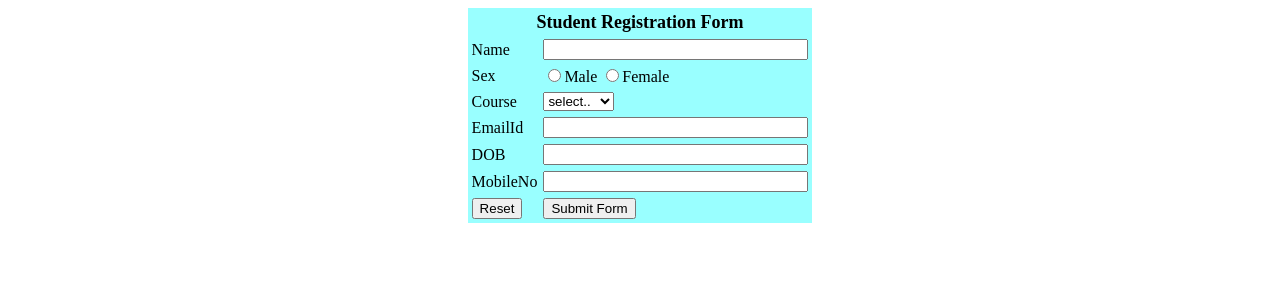
Repository: pradeep2793/DemoRepo
Page: http://localhost/GoogleLogin/WEB-INF/views/index.jsp
The author's editor kept a copy of each file at every save. The page is drawn from the files as they stood at one save, then again after the next save.
The browser window is 1280 px wide. The pictures show the whole page.
The page is served by Tomcat 9. Nobody is signed in. Other server files are loaded and not shown. The template is opened directly, without the code that normally fills it, so the values that code supplies are empty.

Above is the page before, as saved 2021-02-24 14:00:53.

### GoogleCaptcha/GoogleLogin/src/main/webapp/WEB-INF/views/index.jsp
<%@ page trimDirectiveWhitespaces="true"%>
<%@ taglib prefix="c" uri="http://java.sun.com/jsp/jstl/core"%>
<%@ taglib prefix="form" uri="http://www.springframework.org/tags/form"%>
<%@ page isELIgnored="false"%>

<html>
<title>Add Stduent</title>
<body>
	<form action="save-form" method="post">
		<table cellpadding="2" width="20%" bgcolor="99FFFF" align="center"
			cellspacing="2">

			<tr>
				<td colspan=2>
					<center>
						<font size=4><b>Student Registration Form</b></font>
					</center>
				</td>
			</tr>

			<tr>
				<td>Name</td>
				<td><input type=text name=textnames id="textname" size="30"></td>
			</tr>

			<tr>
				<td>Sex</td>
				<td><input type="radio" name="sex" value="male" size="10">Male
					<input type="radio" name="sex" value="Female" size="10">Female</td>
			</tr>

			<tr>
				<td>Course</td>
				<td><select name="Course">
						<option value="-1" selected>select..</option>
						<option value="B.Tech">B.TECH</option>
						<option value="MCA">MCA</option>
						<option value="MBA">MBA</option>
						<option value="BCA">BCA</option>
				</select></td>
			</tr>

			<tr>
				<td>EmailId</td>
				<td><input type="text" name="emailid" id="emailid" size="30"></td>
			</tr>

			<tr>
				<td>DOB</td>
				<td><input type="text" name="dob" id="dob" size="30"></td>
			</tr>

			<tr>
				<td>MobileNo</td>
				<td><input type="text" name="mobileno" id="mobileno" size="30"></td>
			</tr>
			<tr>
				<td><input type="reset"></td>
				<td colspan="2"><input type="submit" value="Submit Form" /></td>
			</tr>
		</table>
	</form>
</body>
</html>

After the next save:
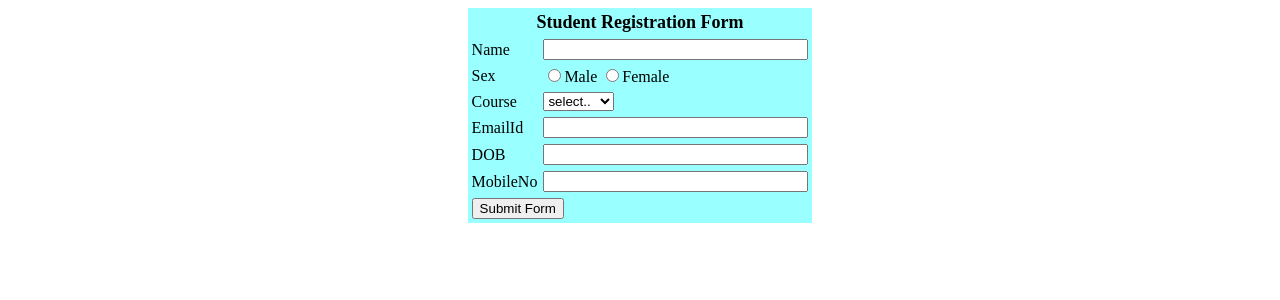
Saved 15 s later.
--- a/GoogleCaptcha/GoogleLogin/src/main/webapp/WEB-INF/views/index.jsp
+++ b/GoogleCaptcha/GoogleLogin/src/main/webapp/WEB-INF/views/index.jsp
@@ -55,7 +55,6 @@
 				<td><input type="text" name="mobileno" id="mobileno" size="30"></td>
 			</tr>
 			<tr>
-				<td><input type="reset"></td>
 				<td colspan="2"><input type="submit" value="Submit Form" /></td>
 			</tr>
 		</table>
